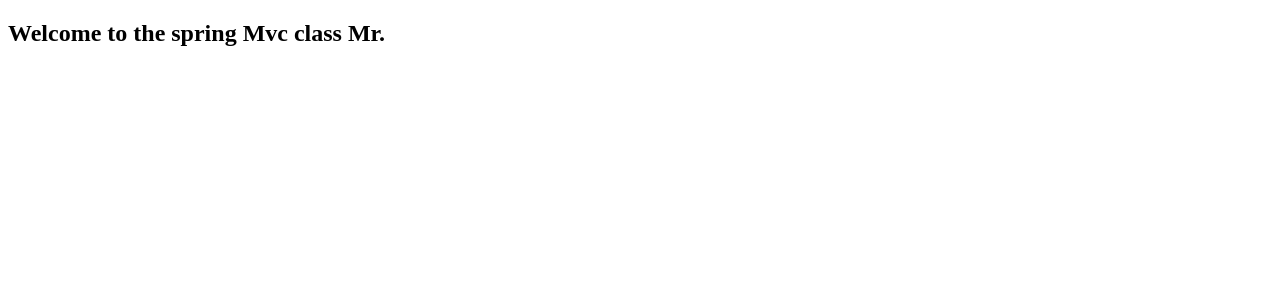
Repository: AakashKumarAK/Spring
Page: http://localhost/spring-mvc-demo/home.jsp
The author's editor kept a copy of each file at every save. The page is drawn from the files as they stood at one save, then again after the next save.
The browser window is 1280 px wide. The pictures show the whole page.
The page is served by Tomcat 9.

Above is the page before, as saved 2024-04-12 06:03:19.

After the next save:
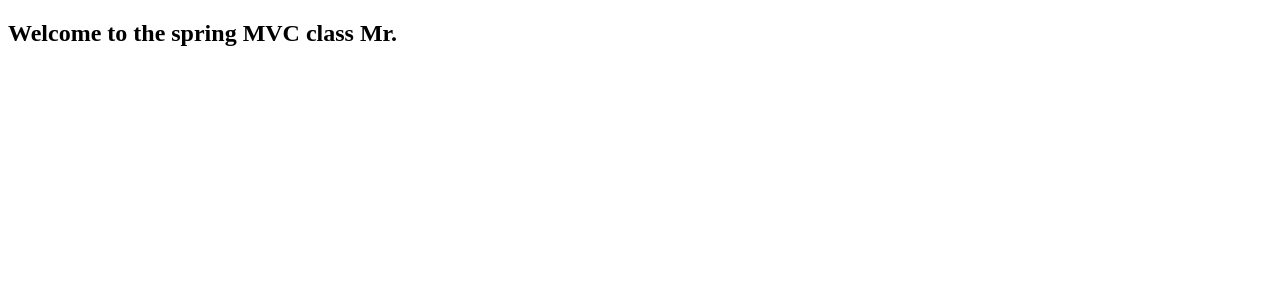
Saved 48 s later.
--- a/spring-mvc-demo/src/main/webapp/home.jsp
+++ b/spring-mvc-demo/src/main/webapp/home.jsp
@@ -1,5 +1,5 @@
 <%@ page language="java" contentType="text/html; charset=ISO-8859-1"
-    pageEncoding="ISO-8859-1"   isELIgnored="false"%>
+    pageEncoding="ISO-8859-1"   isELIgnored="false" %>
 <!DOCTYPE html>
 <html>
 <head>
@@ -7,6 +7,6 @@
 <title>Insert title here</title>
 </head>
 <body>
-<h2>Welcome to the spring Mvc class Mr.${username }</h2>
+<h2>Welcome to the spring MVC class Mr.${username}</h2>
 </body>
 </html>
